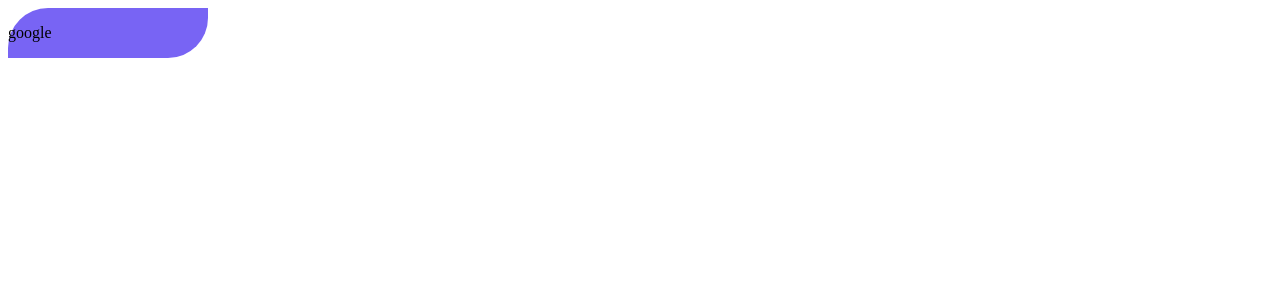
Repository: Aakarshit-Sharma19/Basic-HTML-and-CSS-Page-
Page: index.html
An editor plug-in stored every save of this project. The page is shown before and after the next save, followed by the edit.
The browser window is 1280 px wide. The pictures show the whole page.

Above is the page before, as saved 2020-11-07 11:53:12.

### index.html
<!DOCTYPE html>
<html lang="en">
<head>
    <meta charset="UTF-8">
    <meta name="viewport" content="width=device-width, initial-scale=1.0">
    <title>Document</title>
    <style>
        .shape{
            align-content: center;
            width: 200px;
            height: 50px;
            background: #7864F4;
            border-radius: 40px 0 40px 0;
        }
        .shape_text{
            align-self: center;
            margin: px 10px 10px 10px;
        }
    </style>
</head>
<header>
</header>
<body>
    <div class="shape">
        <p class='shape_text'>google</p>
    </div>
</body>
</html>

After the next save:
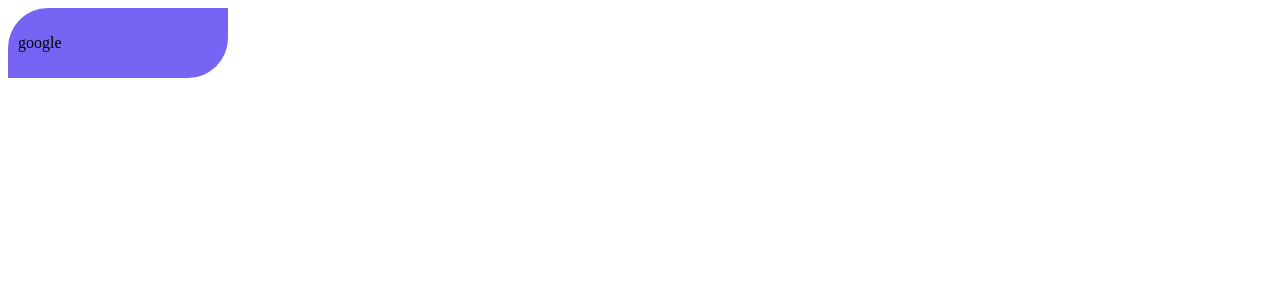
Saved 19 s later.
--- a/index.html
+++ b/index.html
@@ -11,10 +11,7 @@
             height: 50px;
             background: #7864F4;
             border-radius: 40px 0 40px 0;
-        }
-        .shape_text{
-            align-self: center;
-            margin: px 10px 10px 10px;
+            padding: 10px;
         }
     </style>
 </head>
